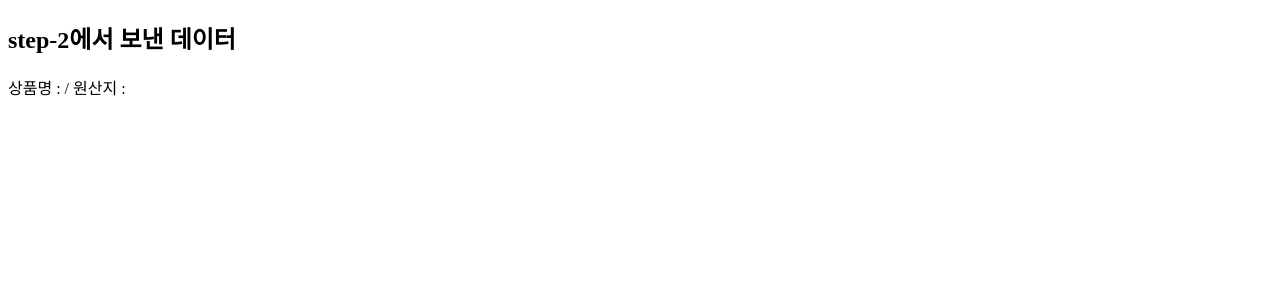
Repository: havanara/240411_JSTL_Project
Page: http://localhost/jstl_study/step-3.jsp
An editor plug-in stored every save of this project. The page is shown before and after the next save, followed by the edit.
The browser window is 1280 px wide. The pictures show the whole page.
The page is served by Tomcat 9. Other server files are loaded and not shown.

Above is the page before, as saved 2024-04-11 03:07:01.

### jstl_study/src/main/webapp/step-3.jsp
<%@ page language="java" contentType="text/html; charset=UTF-8"
    pageEncoding="UTF-8"%>
<!DOCTYPE html>
<html>
<head>
<meta charset="UTF-8">
<title>Insert title here</title>
</head>
<body>
	<h2>step-2에서 보낸 데이터</h2>
	상품명 : ${param.name } / 원산지 : ${param.address } <br>
</body>
</html>

After the next save:
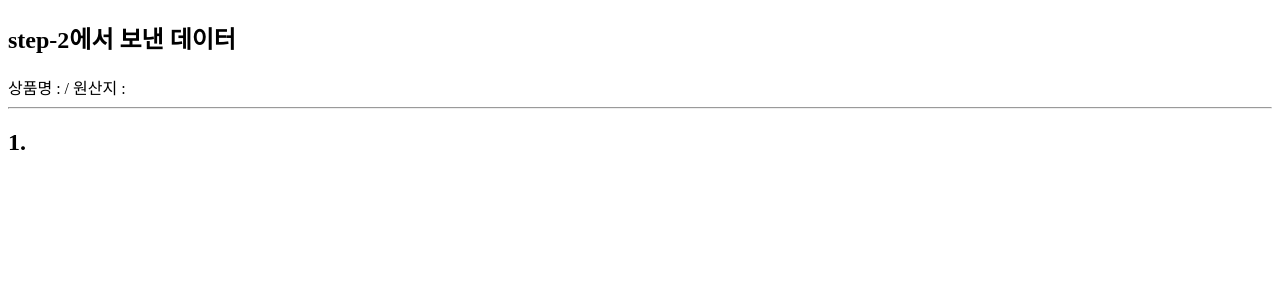
Saved 81 s later.
--- a/jstl_study/src/main/webapp/step-3.jsp
+++ b/jstl_study/src/main/webapp/step-3.jsp
@@ -9,5 +9,11 @@
 <body>
 	<h2>step-2에서 보낸 데이터</h2>
 	상품명 : ${param.name } / 원산지 : ${param.address } <br>
+
+	<hr>
+
+	<h2>
+		1.
+	</h2>
 </body>
 </html>
